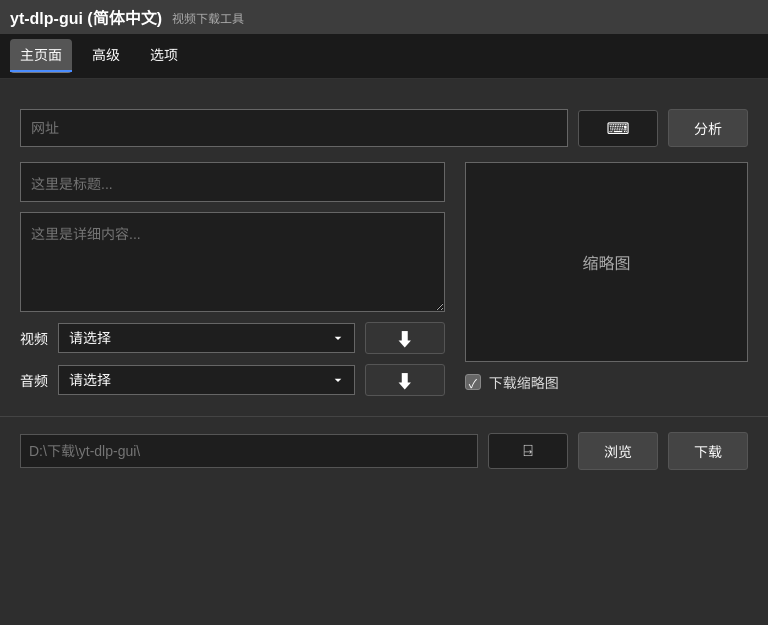
Repository: zArvin6808/yt-TubeSaver
Page: index.html
An editor plug-in stored every save of this project. The page is shown before and after the next save, followed by the edit.
The browser window is 768 px wide. The pictures show the whole page.

Above is the page before, as saved 2025-06-07 15:58:04.

After the next save:
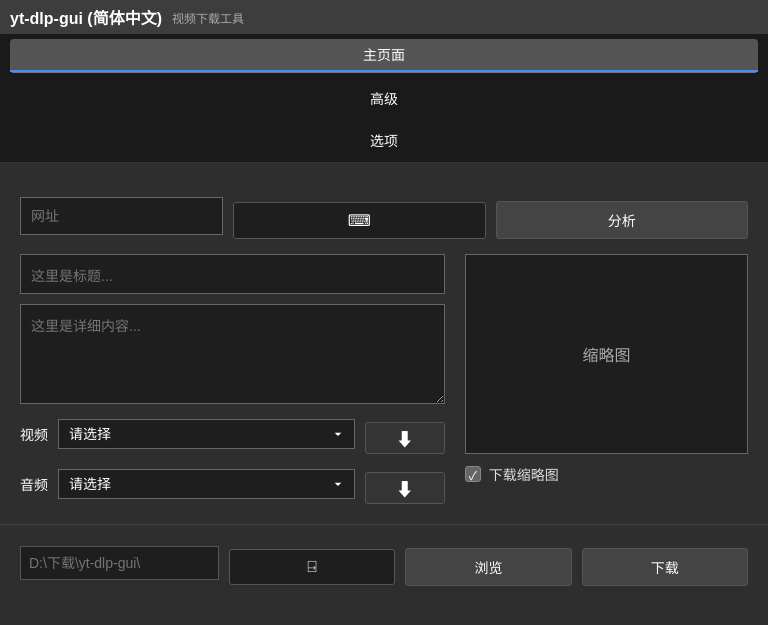
Saved 32 s later.
--- a/style.css
+++ b/style.css
@@ -474,6 +474,72 @@
       padding: 12px 24px;
       border-radius: 4px;
       color: white;
+      font-size: 14px;
+      z-index: 1000;
+      box-shadow: 0 4px 12px rgba(0,0,0,0.15);
+      opacity: 0;
+      animation: toastIn 0.3s ease-out forwards;
+    }
+
+    .toast.toast-success {
+      background-color: #28a745;
+    }
+
+    .toast.toast-error {
+      background-color: #dc3545;
+    }
+
+    .toast.toast-info {
+      background-color: #17a2b8;
+    }
+
+    .toast.fade-out {
+      animation: toastOut 0.3s ease-in forwards;
+    }
+
+    @keyframes toastIn {
+      from { opacity: 0; transform: translateX(-50%) translateY(20px); }
+      to { opacity: 1; transform: translateX(-50%) translateY(0); }
+    }
+
+    @keyframes toastOut {
+      from { opacity: 1; transform: translateX(-50%) translateY(0); }
+      to { opacity: 0; transform: translateX(-50%) translateY(-20px); }
+    }
+
+    /* 响应式布局 */
+    @media (max-width: 768px) {
+      .navbar {
+        flex-direction: column;
+      }
+
+      .nav-link {
+        padding: 10px;
+        text-align: center;
+      }
+
+      .input-group {
+        flex-direction: column;
+      }
+
+      button {
+        width: 100%;
+        margin-top: 8px;
+      }
+
+      .toast {
+        width: 90%;
+        text-align: center;
+      }
+    }
+    .toast {
+      position: fixed;
+      bottom: 20px;
+      left: 50%;
+      transform: translateX(-50%);
+      padding: 12px 24px;
+      border-radius: 4px;
+      color: white;
       z-index: 1000;
       animation: slideIn 0.3s ease-out;
     }
